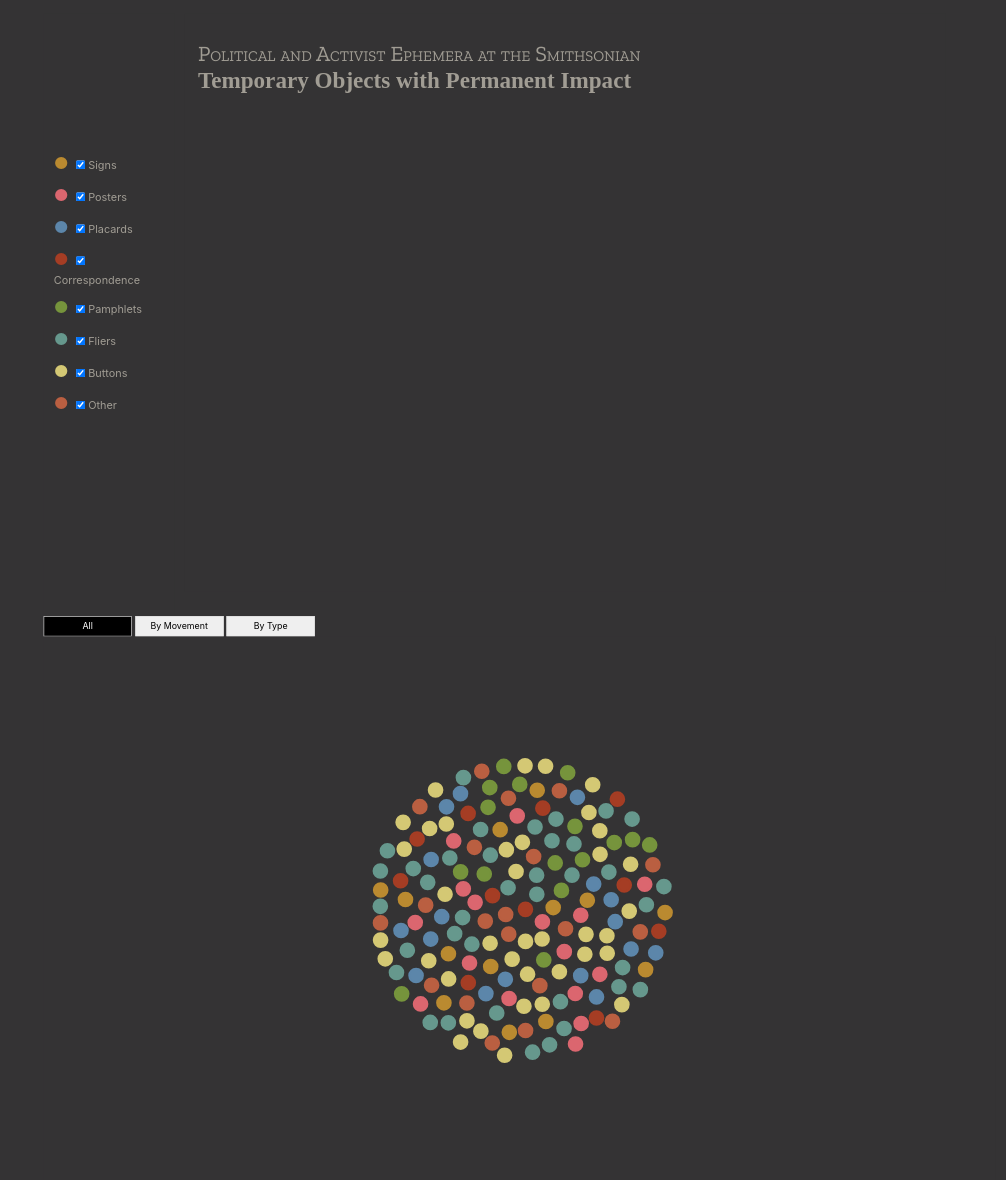
Repository: m0llyc00k/Major-studio-1
Page: Final/index.html
The author's editor kept a record of every edit. The page is drawn from the files as they stood at one moment, then again after the next edit.
The browser window is 1280 px wide. The page is 1479 px wide, so the pictures cover 1479 px, including what lies to the right of the window. The pictures show the whole page, at 68% of full size.
The page's requests for data from a server got no answer. Some web fonts or font styles are not loaded; a fallback is used.

Above is the page before.

### Final/index.html
<!DOCTYPE html>
<html lang="en">

<head>
    <title>Ephemera at the Smithsonian</title>
    <meta charset="utf-8">
    <meta name="viewport" content="width=device-width, initial-scale=1">
    <link rel="stylesheet" href="https://maxcdn.bootstrapcdn.com/bootstrap/4.5.2/css/bootstrap.min.css">
    <script src="https://ajax.googleapis.com/ajax/libs/jquery/3.5.1/jquery.min.js"></script>
    <script src="https://cdnjs.cloudflare.com/ajax/libs/popper.js/1.16.0/umd/popper.min.js"></script>
    <script src="https://maxcdn.bootstrapcdn.com/bootstrap/4.5.2/js/bootstrap.min.js"></script>
    <link rel="preconnect" href="https://fonts.googleapis.com">
    <link rel="preconnect" href="https://fonts.gstatic.com" crossorigin>
    <link href="https://fonts.googleapis.com/css2?family=Space+Grotesk:wght@300&family=Spartan:wght@100;400&family=Zilla+Slab:ital,wght@0,300;0,400;1,300;1,400&display=swap" rel="stylesheet">
    <link rel="preconnect" href="https://fonts.googleapis.com">
    <link rel="preconnect" href="https://fonts.gstatic.com" crossorigin>
    <link href="https://fonts.googleapis.com/css2?family=Zilla+Slab+Highlight:wght@400;700&display=swap" rel="stylesheet">
    <link rel="stylesheet" href="http://fonts.googleapis.com/css?family=Roboto:300,400,500,700" type="text/css">


    <style type="text/css">
        body {
            background-color: #343334;
            /*background-color: #161616;*/
            /*zoom: reset;*/
        }

        .selected {
            fill: none;
        }

        .button {
            min-width: 130px;
            padding: 4px 5px;
            cursor: pointer;
            text-align: center;
            font-size: 13px;
            border: 1px solid #e0e0e0;
            text-decoration: none;
        }

        .button.active {
            background: #000;
            color: #fff;
        }

        #checkboxes>* {
            font: Roboto;
            font-weight: 400;
            color: #a19d94;
            padding-top: 3px;
            display: block;

        }

        .col-sm-2 {
            background-color: #343334;
            /*padding-left: 20px;*/
            /*border-radius: 25px;*/
            padding-top: 200px;
            padding-right: 10px;
        }

        /*.measure-group {*/

        /*    display: grid;*/

        /*}*/

        svg {
            background-color: #343334;
        }

        svganchor {
            padding: 100px;
        }

        .cells path {
            fill: none;
            pointer-events: all;
        }

        div.tooltip {
            /*position: fixed;*/
              position: relative;
            text-align: left;
            color: #efefef;
            white-space: normal;
            padding: 8px;
            font-size: 14px;
            /*background: rgb(96, 125, 139);*/
            background: #5e626b;
            border: 1px solid rgb(96, 125, 139);
            border-radius: 2px;
            pointer-events: none;
            cursor: pointer;

        }


        .axis path,
        .axis line {
            fill: none;
            stroke: rgb(96, 125, 139);
            shape-rendering: optimizeSpeed;
        }

        .axis text {
            font: 15px sans-serif;
            color: #a19d94;

        }

        /*.typeSort {}*/

        .container {
            padding-top: 20px;
            max-width: 90%;
        }




    </style>

</head>

<body>



    <div class="container">
        <div class="row">

            <div class="col-sm-2 col-md-offset-2" id="checkboxes">
                <!--<span style="position:relative; top: 5px; font-size: 16px; padding:20px;">Ephemera Type:</span>-->
                <label class="mdl-checkbox mdl-js-checkbox mdl-js-ripple-effect">
                    <span class="mdl-checkbox__label" id="signsColor" style="font-size: 24px; color: #530094;">&#9679;&nbsp;</span>
                    <input type="checkbox" value="signs" class="mdl-checkbox__input typeSort" checked="">    Signs
                </label>
                <label class="mdl-checkbox mdl-js-checkbox mdl-js-ripple-effect">
                    <span class="mdl-checkbox__label" id="postersColor" style="font-size: 24px; color: #A8B1E1;">&#9679;&nbsp;</span>
                    <input type="checkbox" value="posters" class="mdl-checkbox__input typeSort" checked="">    Posters
                </label>
                <label class="mdl-checkbox mdl-js-checkbox mdl-js-ripple-effect">
                    <span class="mdl-checkbox__label" id="placardsColor" style="font-size: 24px; color: #0E09F8;">&#9679;&nbsp;</span>
                    <input type="checkbox" value="placards" class="mdl-checkbox__input typeSort" checked="">    Placards
                </label>
                <label class="mdl-checkbox mdl-js-checkbox mdl-js-ripple-effect">
                     <span class="mdl-checkbox__label" id="correspondenceColor" style="font-size: 24px; color: #8C19E7;">&#9679;&nbsp;</span>
                    <input type="checkbox" value="correspondence" class="mdl-checkbox__input typeSort" checked="">    Correspondence
                </label>
                <label class="mdl-checkbox mdl-js-checkbox mdl-js-ripple-effect">
                     <span class="mdl-checkbox__label" id="pamphletsColor" style="font-size: 24px; color: #12107A;">&#9679;&nbsp;</span>
                    <input type="checkbox" value="pamphlets" class="mdl-checkbox__input typeSort" checked="">    Pamphlets
                </label>
                <label class="mdl-checkbox mdl-js-checkbox mdl-js-ripple-effect">
                     <span class="mdl-checkbox__label" id="fliersColor" style="font-size: 24px; color: #8387F5;">&#9679;&nbsp;</span>
                    <input type="checkbox" value="fliers" class="mdl-checkbox__input typeSort" checked="">    Fliers
                </label>
                <label class="mdl-checkbox mdl-js-checkbox mdl-js-ripple-effect">
                    <span class="mdl-checkbox__label" id="buttonsColor" style="font-size: 24px; color: #936C85;">&#9679;&nbsp;</span>
                    <input type="checkbox" value="buttons" class="mdl-checkbox__input typeSort" checked="">  Buttons
                </label>
                <label class="mdl-checkbox mdl-js-checkbox mdl-js-ripple-effect">
                    <span class="mdl-checkbox__label" id="otherColor" style="font-size: 24px; color: #A8E1D8;">&#9679;&nbsp;</span>
                    <input type="checkbox" value="other" class="mdl-checkbox__input typeSort" checked="">    Other
                </label>


                <!--<div class="legendButtons" data-toggle="colorOrImage">-->
                <!--            <button onclick="changeColor()">by Color</button> -->
                <!--            <button onclick="changeImage()">by Image</button>-->
                <!--<button type="button" onclick="changeColor()" id="color" class="measure mdl-button mdl-js-button mdl-button--raised mdl-button--colored" value="typeSort">Type by Color</button> </br>-->
                <!--<button type="button" onclick="changeImage()" id="image" class="measure mdl-button mdl-js-button mdl-button--raised mdl-button--colored" value="primaryImage">Type by Image</button>-->
                <!--</div>-->
                <!--<div class="scale-group" data-toggle="buttons-radio">-->
                <!--    <button type="button" class="scale mdl-button mdl-js-button mdl-button--raised mdl-button--colored" value="scaleLinear">Linear Scale</button>-->
                <!--    <button type="button" class="scale mdl-button mdl-js-button mdl-button--raised mdl-button--colored" value="scaleLog">Log Scale</button>-->
                <!--</div>-->

            </div>

            <div class="col-lg-10" id="svgbeeswarm"></div>
            <div class="row">
                <div class="col" id="toolbar">
                    <button id="all" class="button active">All</button>
                    <button id="Movement" class="button">By Movement</button>
                    <button id="typeSort" class="button">By Type</button>
                    <!--<button id="dateSort" class="button">By Year</button>-->
                </div>
            </div>
            <div class="row">
                <div class="col" id="svgclusters"></div>
            </div>

        </div>
    </div>

    <script src="https://d3js.org/d3.v5.min.js"></script>

    <!--<script src="https://d3js.org/d3.v5.min.js"></script>-->
    <script src="beeswarm.js"></script>
    <script src="clusters.js"></script>


</body>

</html>

### Final/clusters.js
var w = 1400,
    h = 800;

var radius = 10;
var color = d3.scaleOrdinal()
    .domain(["buttons", "signs", "posters", "placards", "correspondence", "pamphlets", "fliers", "other"])
    .range(['#d4c874', '#ba8a30', '#db666f', '#5c86aa', '#a53d24', '#76943c', '#66988d', '#ba5f41']);

var centerScale = d3.scalePoint().padding(1).range([0, w]);
var forceStrength = 0.08;

var svg2 = d3.select("#svgclusters").append("svg")
    .attr("width", w)
    .attr("height", h)
    .attr("viewBox", `0 0 1400 800`)
     .attr("preserveAspectRatio", "xMinYMin meet")





var simulation = d3.forceSimulation()
    .force("collide", d3.forceCollide(function(d) {
        return d.r + 2
    }).iterations(10))
    .force("charge", d3.forceManyBody())
    .force("y", d3.forceY().y(h / 2))
    .force("x", d3.forceX().x(w / 2))

d3.csv("beeswarm-data-new-rev_nov20.csv").then(function(data) {

    data.forEach(function(d) {
        d.r = radius;
        d.x = w / 2;
        d.y = h / 2;
    })
    // data.forEach(function(d){
    // d.r = radius;
    // d.x = w / 2;
    // d.y = h / 2;
    // })

    console.log(data);



    var circles = svg2.selectAll("circle")
        .data(data, function(d) { return d.id; });

    var circlesEnter = circles.enter().append("circle")
        .attr("r", function(d, i) { return d.r; })
        .attr("cx", function(d, i) { return 175 + 25 * i + 2 * i ** 5; })
        .attr("cy", function(d, i) { return 500; })
        .style("fill", function(d, i) { return color(d.typeSort); })
        .style("stroke", function(d, i) { return color(d.typeSort); })
        .style("stroke-width", 3)
        .style("pointer-events", "all")
        .style("padding", "none")
        .call(d3.drag()
            .on("start", dragstarted)
            .on("drag", dragged)
            .on("end", dragended));

    circles = circles.merge(circlesEnter)

    function ticked() {
        //console.log("tick")
        //console.log(data.map(function(d){ return d.x; }));
        circles
            .attr("cx", function(d) { return d.x; })
            .attr("cy", function(d) { return d.y; });
    }

    simulation
        .nodes(data)
        .on("tick", ticked);

    function dragstarted(d, i) {
        //console.log("dragstarted " + i)
        if (!d3.event.active) simulation.alpha(1).restart();
        d.fx = d.x;
        d.fy = d.y;
    }

    function dragged(d, i) {
        //console.log("dragged " + i)
        d.fx = d3.event.x;
        d.fy = d3.event.y;
    }

    function dragended(d, i) {
        //console.log("dragended " + i)
        if (!d3.event.active) simulation.alphaTarget(0);
        d.fx = null;
        d.fy = null;
        var me = d3.select(this)
        console.log(me.classed("selected"))
        me.classed("selected", !me.classed("selected"))

        d3.selectAll("circle")
            .style("fill", function(d, i) { return color(d.typeSort); })

        d3.selectAll("circle.selected")
            .style("fill", "none")

    }

    function groupBubbles() {
        hideTitles();

        // @v4 Reset the 'x' force to draw the bubbles to the center.
        // simulation.force('x', d3.forceX().strength(forceStrength).x(w / 4));
        simulation.force('x', d3.forceX().strength(.05));



        // @v4 We can reset the alpha value and restart the simulation
        simulation.alpha(1).restart();
    }

    function splitBubbles(byVar) {

        centerScale.domain(data.map(function(d) { return d[byVar]; }));

        if (byVar == "id") {
            hideTitles()
        }
        else {
            showTitles(byVar, centerScale);
        }

        // @v4 Reset the 'x' force to draw the bubbles to their year centers
        simulation.force('x', d3.forceX().strength(forceStrength).x(function(d) {
            return centerScale(d[byVar]);
        }));

        // @v4 We can reset the alpha value and restart the simulation
        simulation.alpha(2).restart();
    }

    function hideTitles() {
        svg2.selectAll('.title').remove();
    }

    function showTitles(byVar, scale) {
        // Another way to do this would be to create
        // the year texts once and then just hide them.
        var titles = svg2.selectAll('.title')
            .data(scale.domain());

        titles.enter().append('text')
            .attr('class', 'title')
            .merge(titles)
            .attr('x', function(d) { return scale(d); })
            .attr('y', 60)
            .attr('text-anchor', 'middle')
            .text(function(d) { return d; });

        titles.exit().remove()
    }



    function setupButtons() {
        d3.selectAll('.button')
            .on('click', function() {

                // Remove active class from all buttons
                d3.selectAll('.button').classed('active', false);
                // Find the button just clicked
                var button = d3.select(this);

                // Set it as the active button
                button.classed('active', true);

                // Get the id of the button
                var buttonId = button.attr('id');

                console.log(buttonId)
                // Toggle the bubble chart based on
                // the currently clicked button.
                splitBubbles(buttonId);
            });
    }

    setupButtons()

})

Loaded but not shown: Final/beeswarm.js (365 lines, source omitted)

After the next edit:
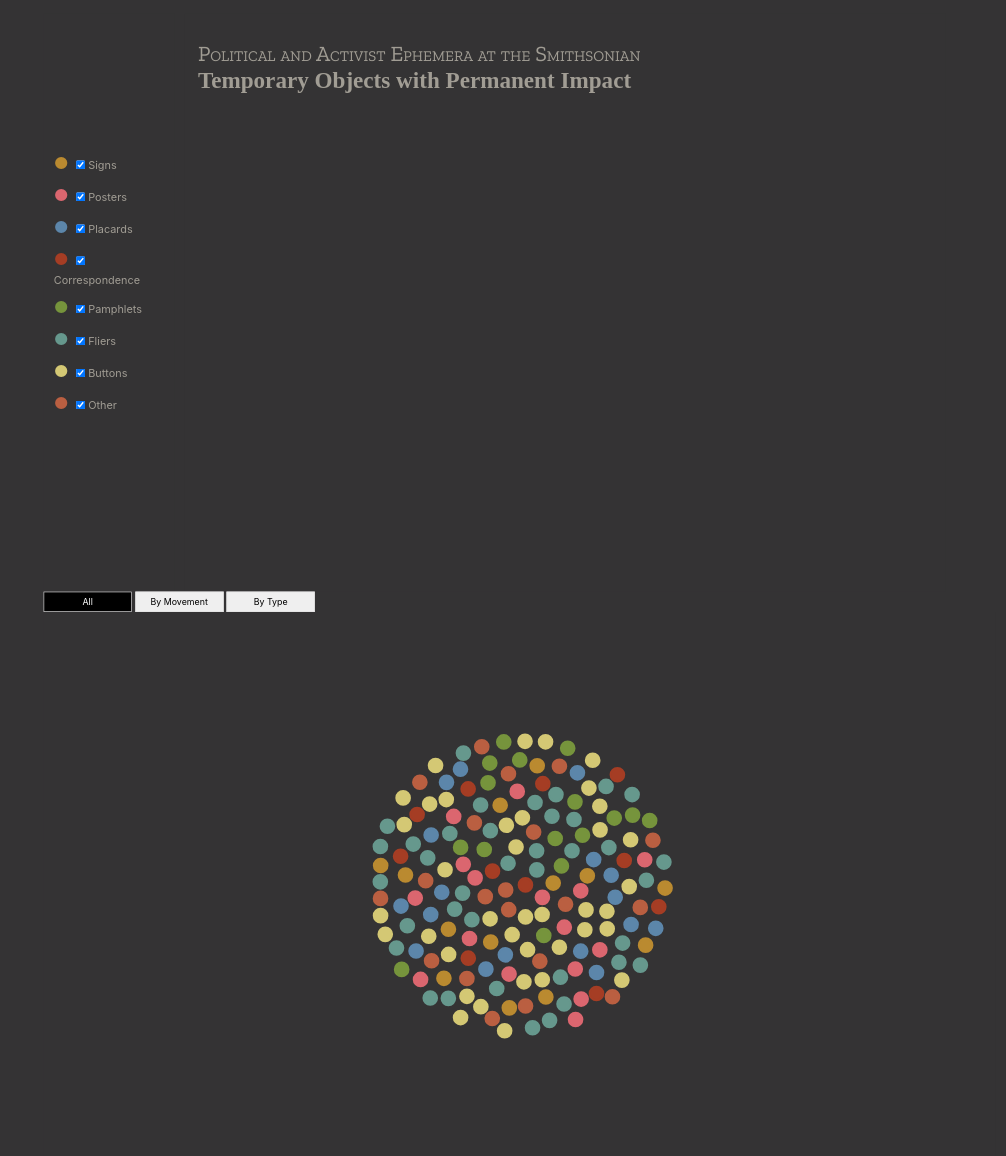
The edit:
--- a/Final/index.html
+++ b/Final/index.html
@@ -81,8 +81,7 @@
         }
 
         div.tooltip {
-            /*position: fixed;*/
-              position: relative;
+            position: fixed;
             text-align: left;
             color: #efefef;
             white-space: normal;
